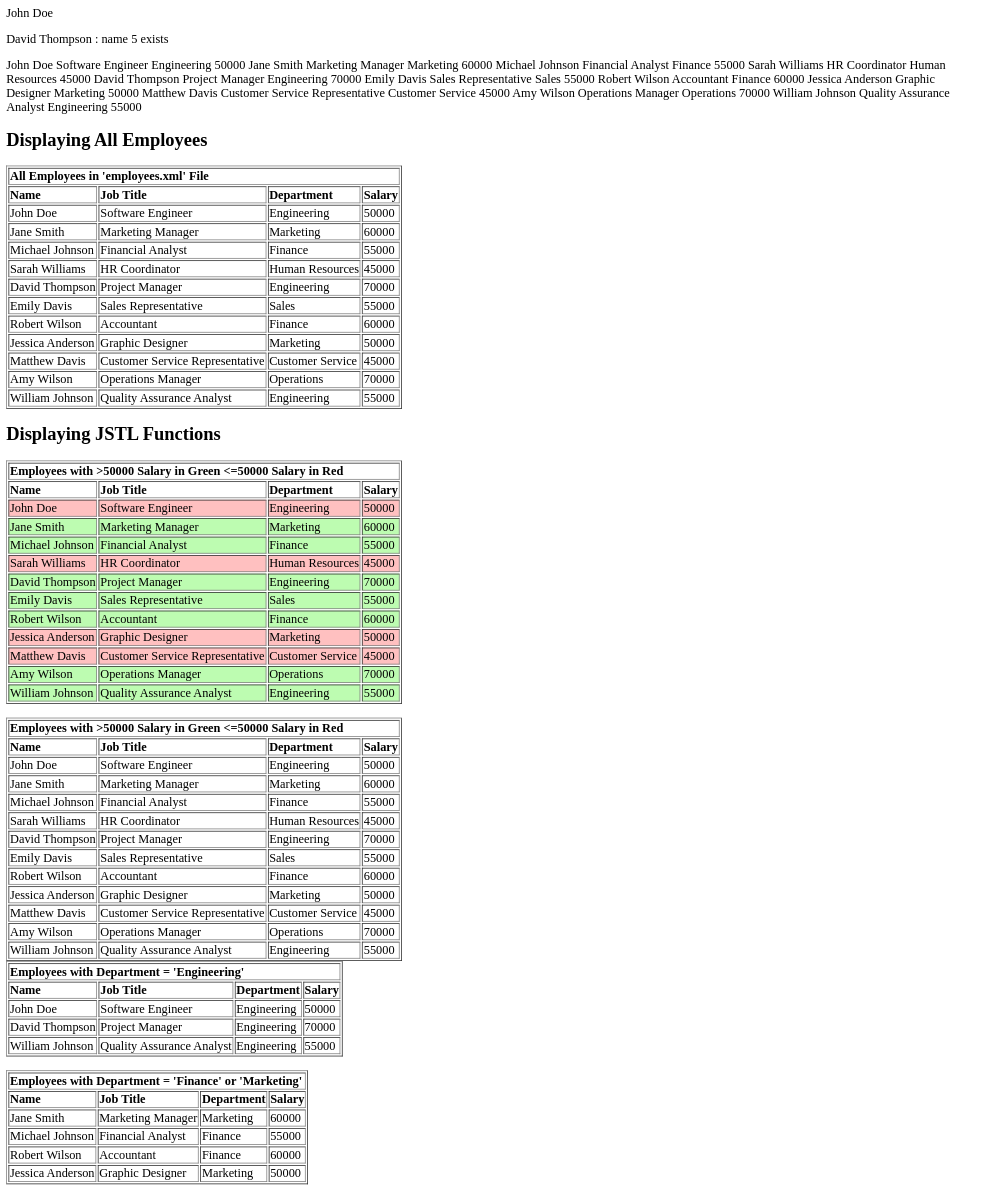
Repository: bkyncl/csd-430
Page: http://localhost/kyncl_mod9/
An editor plug-in stored every save of this project. The page is shown before and after the next save, followed by the edit.
The browser window is 1280 px wide. The pictures show the whole page, at 77% of full size.
The page is served by Tomcat 9.

Above is the page before, as saved 2023-07-05 05:39:48.

After the next save:
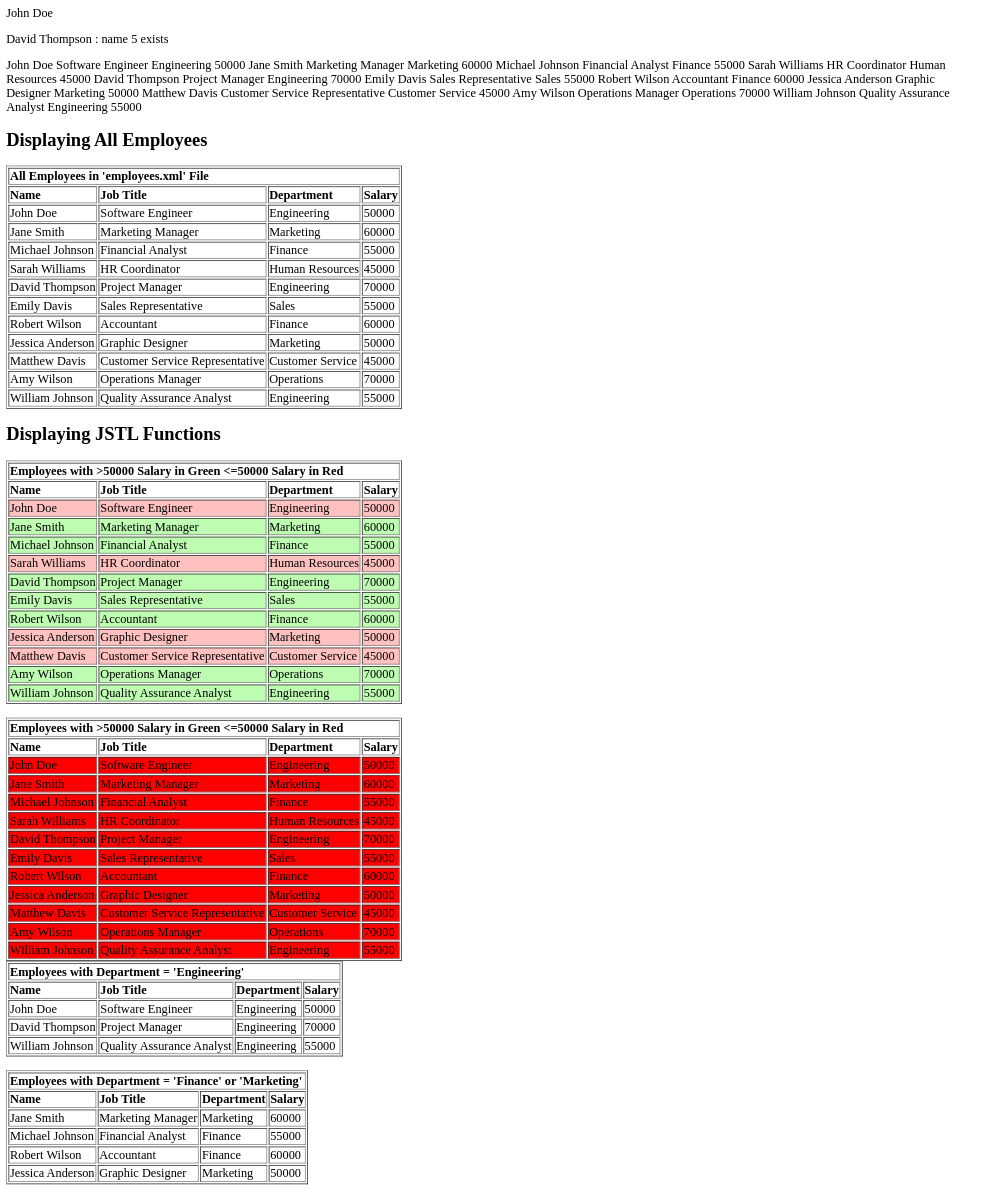
Saved 96 s later.
--- a/kyncl_mod9/src/main/webapp/index.jsp
+++ b/kyncl_mod9/src/main/webapp/index.jsp
@@ -117,7 +117,7 @@
                 <x:set var="rowColor" select="'transparent'" />
             </x:otherwise>
         </x:choose>
-        <tr style="background-color: {$rowColor};">
+        <tr style="background-color: red;">
             <td><x:out select="$employee/name"/></td>
             <td><x:out select="$employee/jobTitle"/></td>
             <td><x:out select="$employee/department"/></td>
